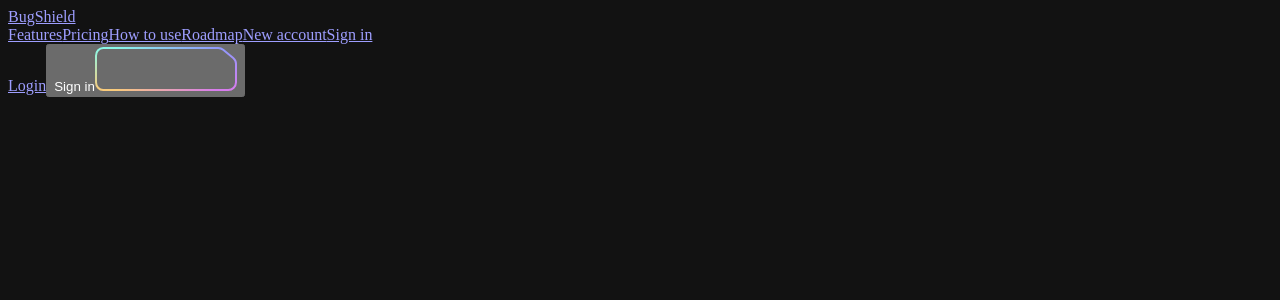
Repository: Bugbaunty/bug_bounty
Page: / (app in src/bug_bounty_frontend/)
These files come from the project's save history. The page is drawn as it stood at one moment and after the next save; the edit follows.
The browser window is 1280 px wide. The pictures show the whole page.
The project was rebuilt for these pictures with package versions that can differ from the ones it lists, and the page was loaded fresh each time.

Above is the page before, as saved 2024-04-28 13:26:47.

After the next save:
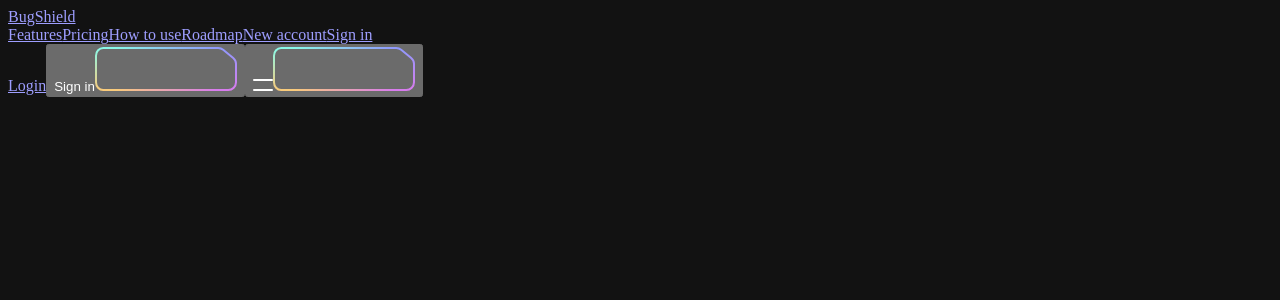
Saved 6 min 32 s later.
--- a/src/bug_bounty_frontend/src/components/Header.tsx
+++ b/src/bug_bounty_frontend/src/components/Header.tsx
@@ -55,6 +55,10 @@
         <Button className="hidden lg:flex " href="#login" white="">
           Sign in
         </Button>
+
+        <Button className="mr-auto lg:hidden">
+          <MenuSvg />
+        </Button>
       </div>
     </div>
   );
